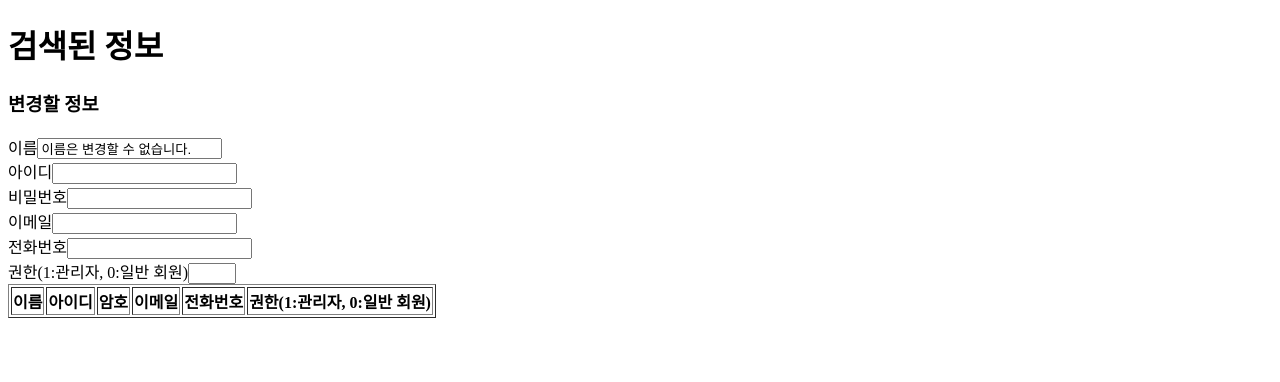
Repository: shinymusket/ideal-memory2
Page: http://localhost/web08/nameInfo.jsp
The author's editor kept a copy of each file at every save. The page is drawn from the files as they stood at one save, then again after the next save.
The browser window is 1280 px wide. The pictures show the whole page.
The page is served by Tomcat 9. Queries for data that is not in the repository find no rows.

Above is the page before, as saved 2022-06-13 05:13:17.

### jspWorkSpace/web08/WebContent/nameInfo.jsp
<%@ page language="java" contentType="text/html; charset=UTF-8"
    pageEncoding="UTF-8"%>
<%@ page import="java.sql.DriverManager" %>
<%@ page import="java.sql.Connection" %>
<%@ page import="java.sql.Statement" %>
<%@ page import="java.sql.ResultSet" %>
<!DOCTYPE html>
<html>
<head>
<meta charset="UTF-8">
<title>검색된 정보</title>
</head>
<body>
<%!
	Connection conn = null;
	Statement stmt = null;
	ResultSet rs = null;

	String url = "jdbc:oracle:thin:@localhost:1521:XE"; // 프로토콜 정보 : jdbc:oracle:thin:@~~~
	String uId = "green";
	String uPwd = "1234";

%>
	<h1>검색된 정보</h1>
<table border="1">
	<tr>
		<th>이름</th>
		<th>아이디</th>
		<th>암호</th>
		<th>이메일</th>
		<th>전화번호</th>
		<th>권한(1:관리자, 0:일반 회원)</th>
	</tr>

<%
	try {
		request.setCharacterEncoding("UTF-8");
		String name = request.getParameter("name");

		Class.forName("oracle.jdbc.driver.OracleDriver");

		conn = DriverManager.getConnection(url, uId, uPwd);

		stmt = conn.createStatement();

		String query = "SELECT * FROM member WHERE name='"+name+"'";

		rs = stmt.executeQuery(query);

		while (rs.next()) {
			String userid = rs.getString("userid");
			String userpwd = rs.getString("userpwd");
			String email = rs.getString("email");
			String phone = rs.getString("phone");
			int admin = rs.getInt("admin");

			out.println("<tr>");
			out.println("<td>"+ name + "</td>");
			out.println("<td>"+ userid + "</td>");
			out.println("<td>" + userpwd + "</td>");
			out.println("<td>" + email + "</td>");
			out.println("<td>" + phone + "</td>");
			out.println("<td>" + admin + "</td>");
			out.println("</tr>");
		}

	} catch (Exception e) {
		e.printStackTrace();
	} finally {
		try {
			if (rs != null) rs.close();
			if (stmt != null) stmt.close();
			if (conn != null) conn.close();

		} catch (Exception e) {
			e.printStackTrace();
		}


	}

%>
<h3>변경할 정보</h3>
<form action="" method="post">
	<label for="aName">이름</label>
	<input type=text id="aName" name="aName" value="이름은 변경할 수 없습니다." placeholder><br>
	<label for="aId">아이디</label>
	<input type="text" id="aId" name="aId"><br>
	<label for="aPwd">비밀번호</label>
	<input type="password" id="aPwd" name="aPwd"><br>
	<label for="aEmail">이메일</label>
	<input type="email" id="aEmail" name="aEmail"><br>
	<label for="aPhone">전화번호</label>
	<input type="tel" id="aPhone" name="aPhone"><br>
	<label for="aAdmin">권한(1:관리자, 0:일반 회원)</label>
	<input type="number" min="0" max="1" id="aAdmin" name="aAdmin"><br>
</form>

</body>
</html>

After the next save:
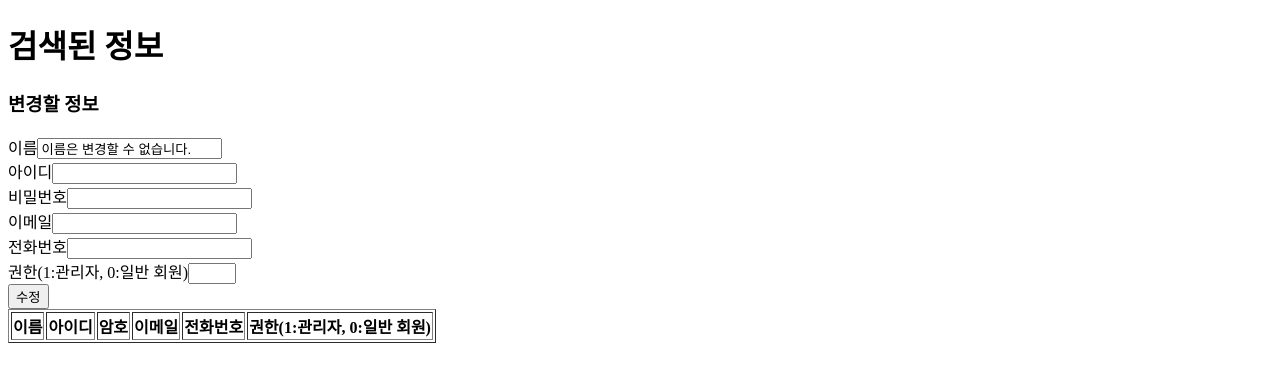
Saved 12 s later.
--- a/jspWorkSpace/web08/WebContent/nameInfo.jsp
+++ b/jspWorkSpace/web08/WebContent/nameInfo.jsp
@@ -94,6 +94,7 @@
 	<input type="tel" id="aPhone" name="aPhone"><br>
 	<label for="aAdmin">권한(1:관리자, 0:일반 회원)</label>
 	<input type="number" min="0" max="1" id="aAdmin" name="aAdmin"><br>
+	<input type="submit" value="수정">
 </form>
 
 </body>
